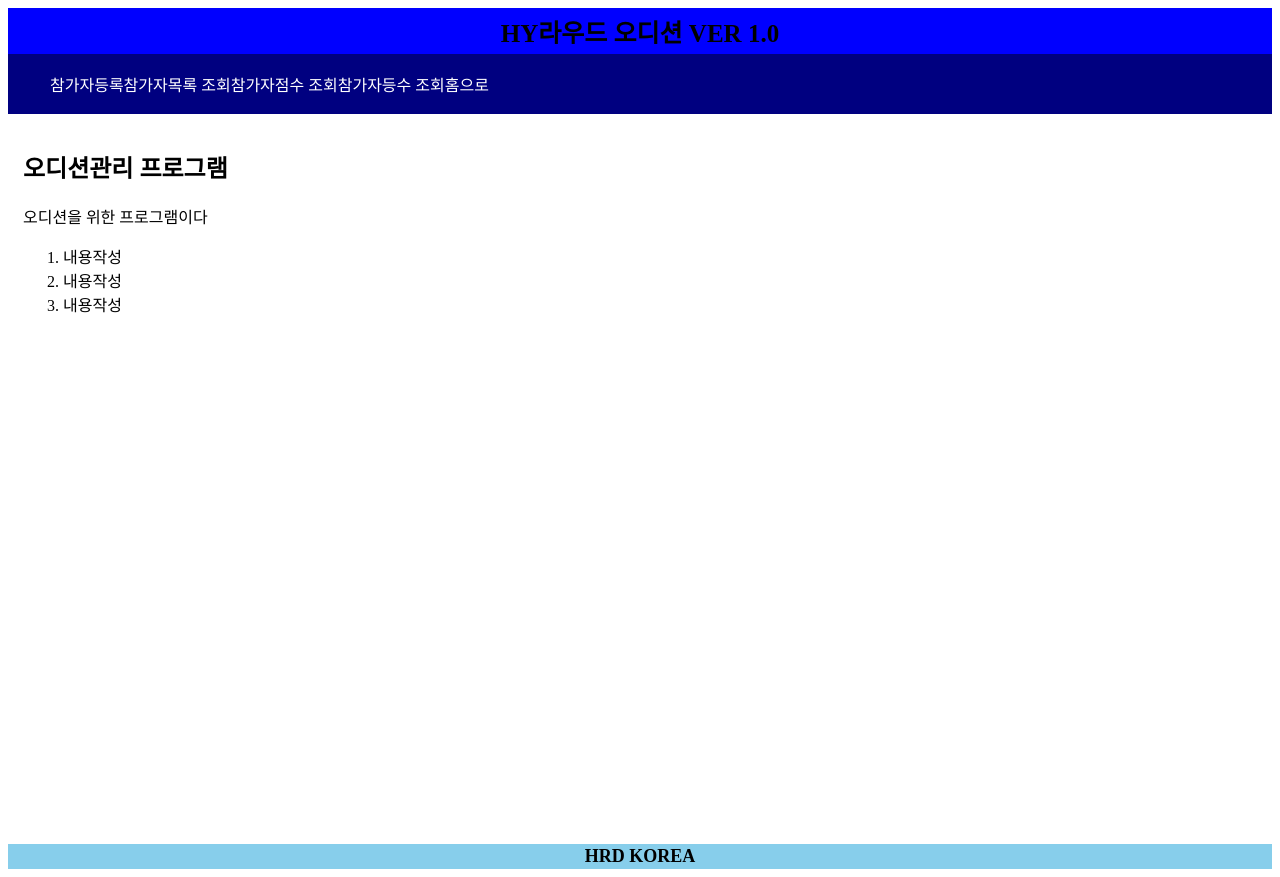
Repository: hoger96/java
Page: http://localhost/Audition/
The author's editor kept a copy of each file at every save. The page is drawn from the files as they stood at one save, then again after the next save.
The browser window is 1280 px wide. The pictures show the whole page.
The page is served by Tomcat 9. Other server files are loaded and not shown.

Above is the page before, as saved 2023-02-05 14:41:13.

### Audition/src/main/webapp/index.jsp
<%@ page language="java" contentType="text/html; charset=UTF-8"
    pageEncoding="UTF-8"%>
<!DOCTYPE html>
<html>
<head>
<meta charset="UTF-8">
<title>Insert title here</title>
<%
	String path = request.getContextPath();
%>
<link href="<%=path %>/css/index.css" rel="stylesheet">
</head>
<body>
<header>HY라우드 오디션 VER 1.0</header>
<nav>
	<ol>
		<li><a href="<%=path%>/reg">참가자등록</a></li>
		<li><a href="<%=path%>/list">참가자목록 조회</a></li>
		<li><a href="<%=path%>/score">참가자점수 조회</a></li>
		<li><a href="<%=path%>/rank">참가자등수 조회</a></li>
		<li><a href="index.jsp">홈으로</a></li>
	</ol>
</nav>
<section>
	<h2>오디션관리 프로그램</h2>
	<p>오디션을 위한 프로그램이다</p>
	<ol>
		<li>내용작성</li>
		<li>내용작성</li>
		<li>내용작성</li>
	</ol>
</section>
<footer>HRD KOREA</footer>
</body>
</html>

### Audition/src/main/webapp/css/index.css
@charset "UTF-8";
header{
	padding:5px;
	text-align:center;
	color:black;
	background-color:blue;
	font-size:25px;
	font-weight:bold;
}
nav{
	padding:2px;
	background-color:navy;
}
nav ol{
	display:flex;
	list-style: none;
}
nav li{
	margin-rght:15px;
}
a{
	text-decoration: none;
	color:white;
}
section{
	height:700px;
	padding:15px;
}
footer{
	padding:2px;
	background-color: skyblue;
	text-align:center;
	font-size:18px;
	font-weight: bold;
}

After the next save:
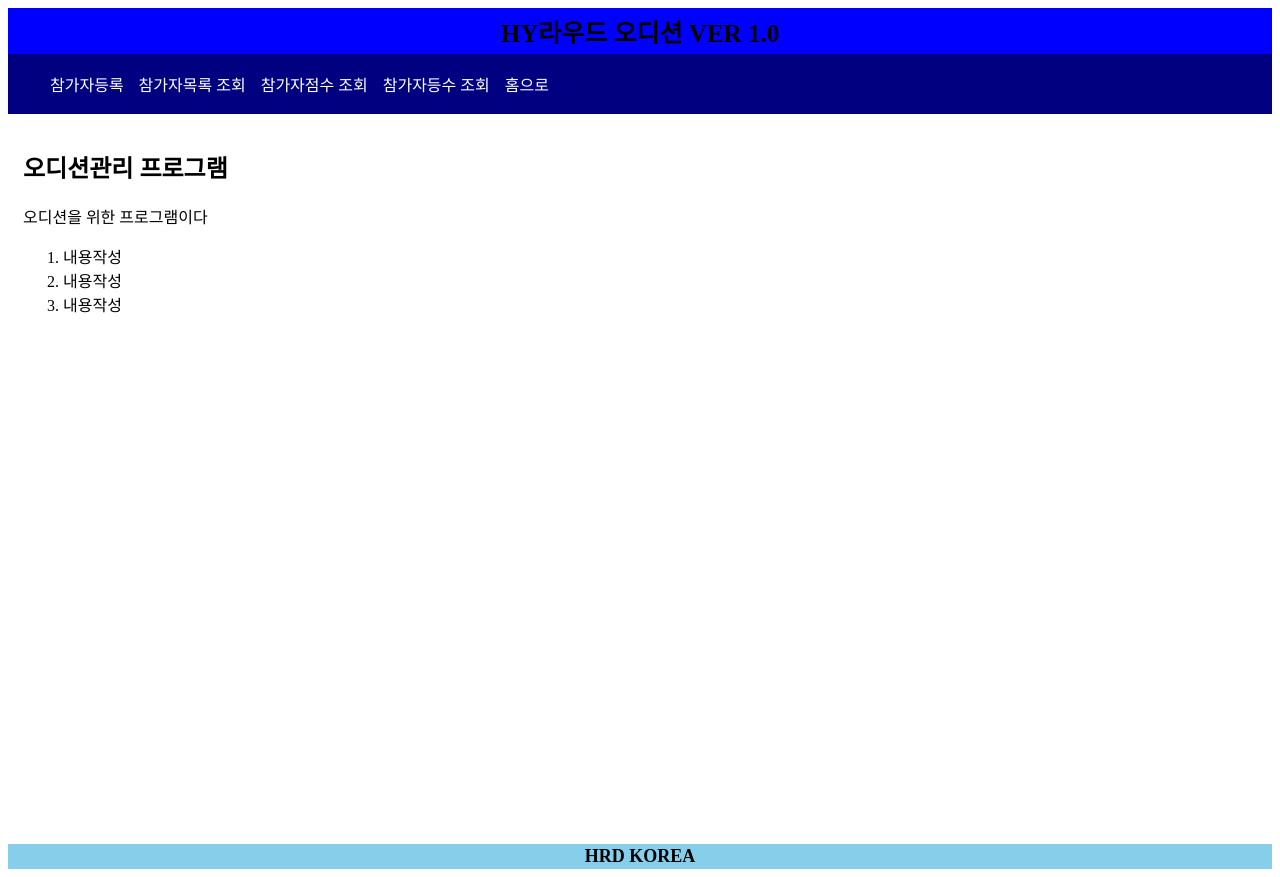
Saved 13 s later.
--- a/Audition/src/main/webapp/css/index.css
+++ b/Audition/src/main/webapp/css/index.css
@@ -16,7 +16,7 @@ nav ol{
 	list-style: none;
 }
 nav li{
-	margin-rght:15px;
+	margin-right:15px;
 }
 a{
 	text-decoration: none;
